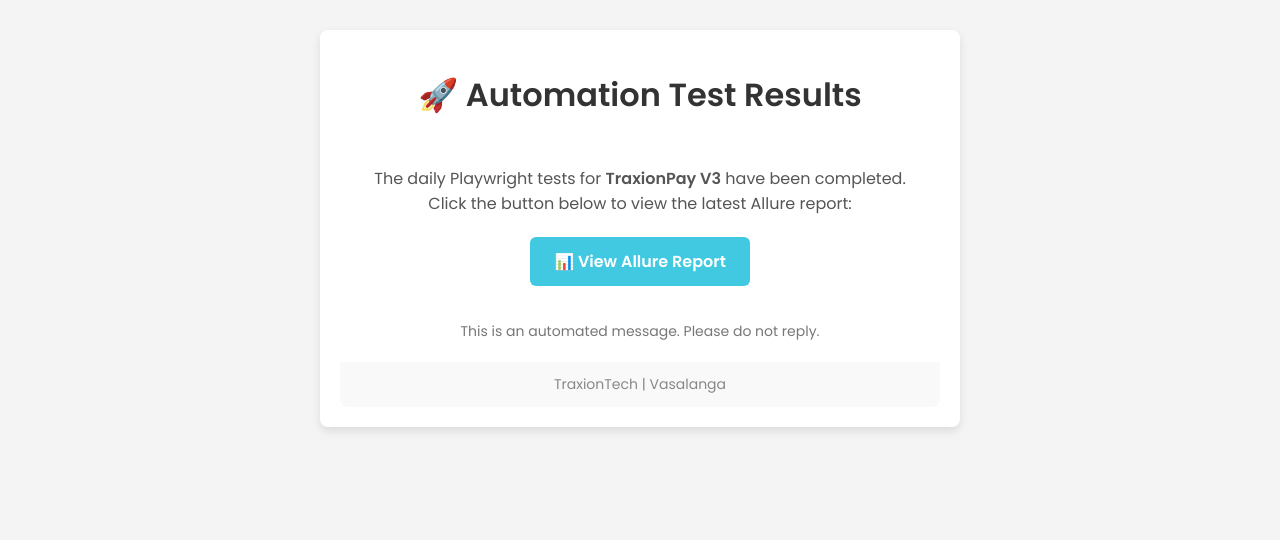
Repository: jmendozaqa24/TraxionPay-V3
Page: template.html
The author's editor kept a copy of each file at every save. The page is drawn from the files as they stood at one save, then again after the next save.
The browser window is 1280 px wide. The pictures show the whole page.

Above is the page before, as saved 2025-02-17 10:34:14.

After the next save:
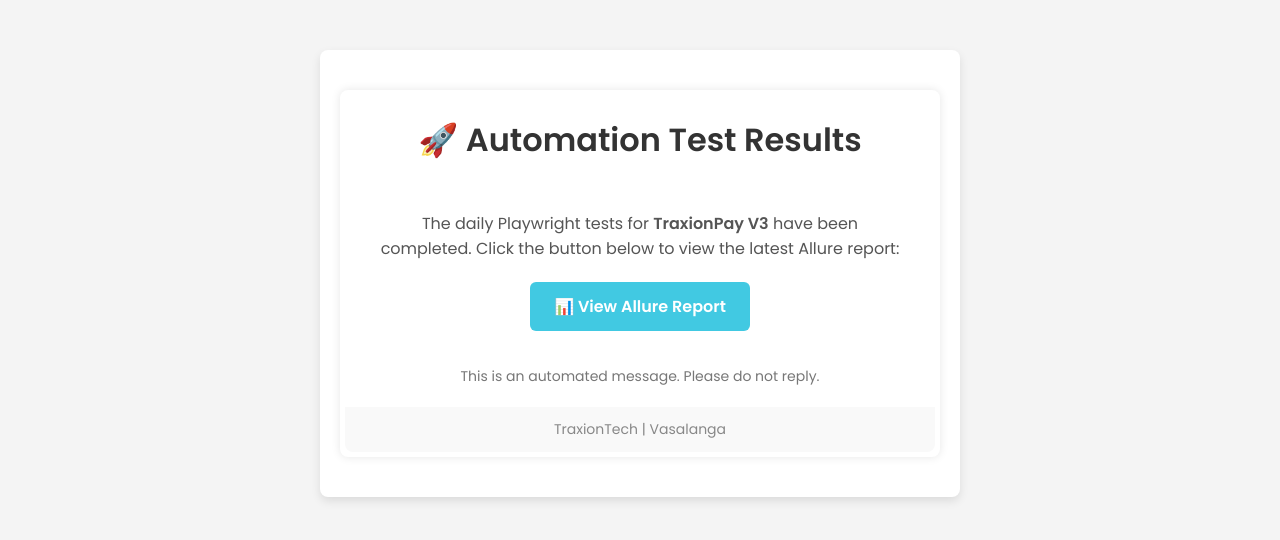
Saved 38 s later.
--- a/template.html
+++ b/template.html
@@ -7,8 +7,12 @@
                   <link href="https://fonts.googleapis.com/css2?family=Poppins:wght@400;600&display=swap" rel="stylesheet">
               </head>
               <body style="font-family: 'Poppins', Arial, sans-serif; background-color: #f4f4f4; margin: 5px 0; padding: 25px; border-radius: 8px;">
-                  <div style="max-width: 600px; margin: 0 auto; background-color: #ffffff; padding: 20px; border-radius: 8px; box-shadow: 0 4px 10px rgba(0, 0, 0, 0.1);">
+                  <div style="max-width: 600px; margin: 20px auto; background-color: #ffffff; padding: 20px; border-radius: 8px; box-shadow: 0 4px 10px rgba(0, 0, 0, 0.1);">
 
+
+                    <body style="font-family: 'Poppins', Arial, sans-serif; background-color: #f4f4f4; margin: 5px 0; padding: 25px 0;  border-radius: 8px;">
+                        <div style="max-width: 600px; margin: 20px auto; background-color: #ffffff; padding: 5px; border-radius: 8px; box-shadow: 0 0 10px rgba(0, 0, 0, 0.1);">
+                            <div style="text-align: center; padding-bottom: 0">
                       <!-- Header -->
                       <div style="text-align: center;">
                           <h1 style="color: #333333; margin: 5; padding-bottom: 10px;">🚀 Automation Test Results</h1>
